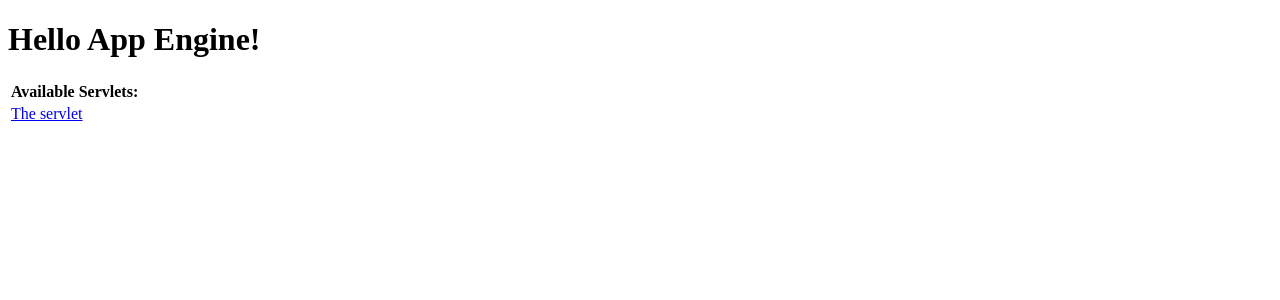
Repository: rishabparekh14/Servlet_GAE
Page: Clock/src/main/webapp/index.html
The author's editor kept a copy of each file at every save. The page is drawn from the files as they stood at one save, then again after the next save.
The browser window is 1280 px wide. The pictures show the whole page.

Above is the page before, as saved 2022-03-31 22:26:02.
Console error: TypeError: Cannot set properties of null (setting 'value')

After the next save:
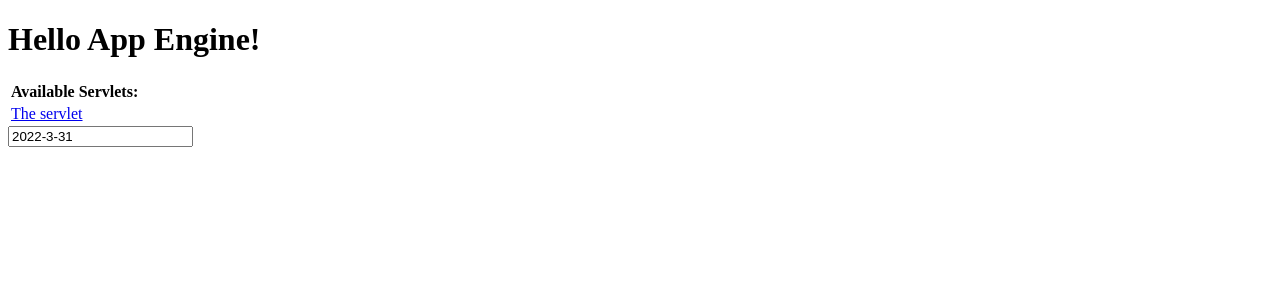
The error is gone.
Saved 8 s later.
--- a/Clock/src/main/webapp/index.html
+++ b/Clock/src/main/webapp/index.html
@@ -16,6 +16,7 @@
         <td><a href='/hello'>The servlet</a></td>
       </tr>
     </table>
+    <input type="text" id="currentDate">
   </body>
   <script>
   var today = new Date();
